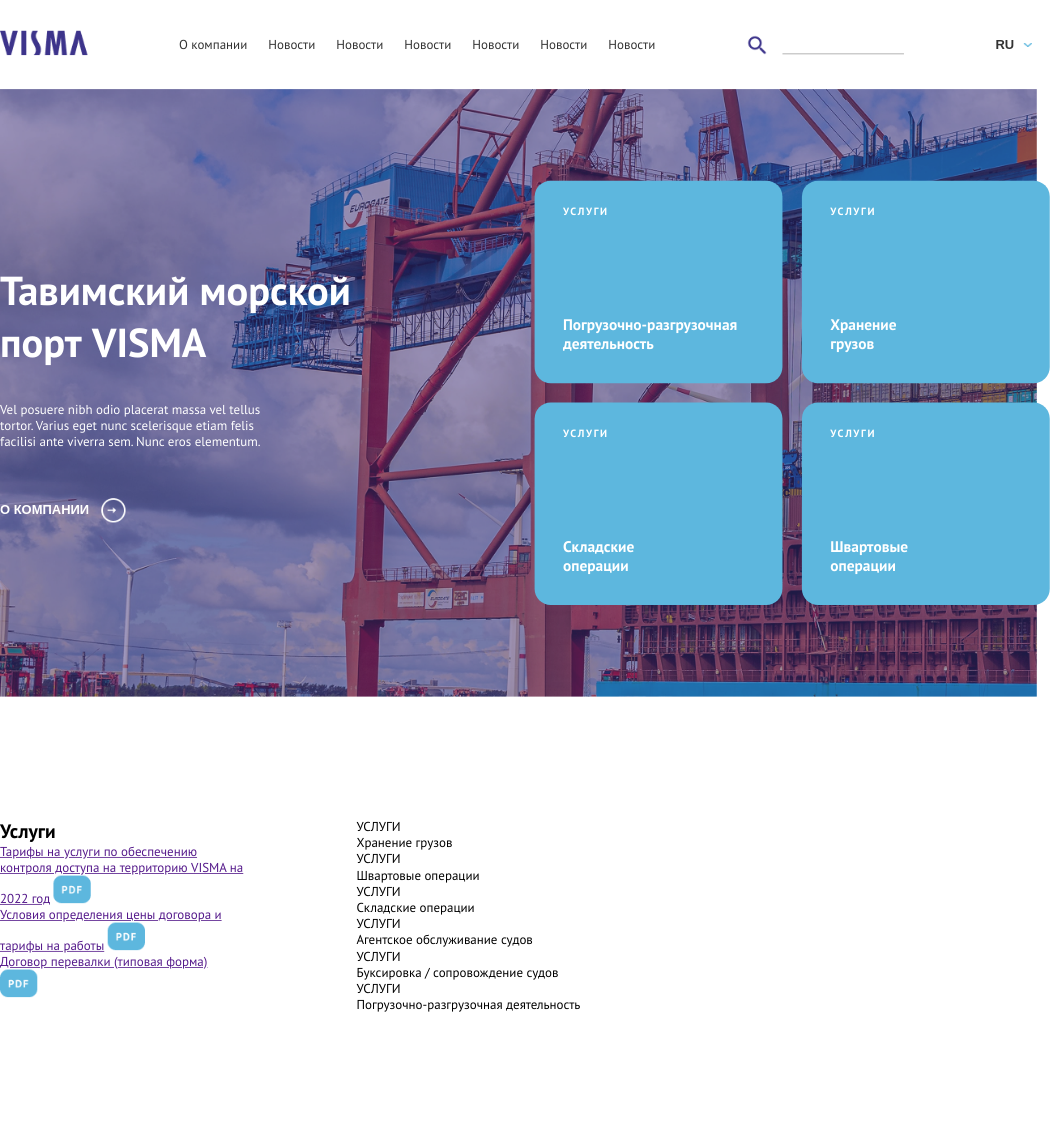
Repository: Shaiyr1/Visma
Page: index.html
These files come from the project's save history. The page is drawn as it stood at one moment and after the next save; the edit follows.
The browser window is 1280 px wide. The page is 1296 px wide, so the pictures cover 1296 px, including what lies to the right of the window. The pictures show the whole page, at 81% of full size.
The style sheet was rebuilt from its Sass, Less or Tailwind sources for each picture, by a compiler version that may differ from the author's.

Above is the page before, as saved 2026-09-16 14:32:43.

### index.html
<!DOCTYPE html>
<html lang="en">
<head>
    <meta charset="UTF-8">
    <meta http-equiv="X-UA-Compatible" content="IE=edge">
    <meta name="viewport" content="width=device-width, initial-scale=1.0">
    <link rel="stylesheet" href="./src/css/style.css">
    <title>Document</title>
</head>
<body>
    <header class="header">
        <nav class="header-nav">
            <a class="header-nav__link" href="#">
                <img class="header-nav__logo" src="./src/img/Vector (1).png" alt="logo">
            </a>
            <ul class="header-nav__ul">
                <li class="header-nav__li">
                    <a class="header-nav__li-link" href="#">О компании</a>
                </li>
                <li class="header-nav__li">
                    <a class="header-nav__li-link" href="#">Новости</a>
                </li>
                <li class="header-nav__li">
                    <a class="header-nav__li-link" href="#">Новости</a>
                </li>
                <li class="header-nav__li">
                    <a class="header-nav__li-link" href="#">Новости</a>
                </li>
                <li class="header-nav__li">
                    <a class="header-nav__li-link" href="#">Новости</a>
                </li>
                <li class="header-nav__li">
                    <a class="header-nav__li-link" href="#">Новости</a>
                </li>
                <li class="header-nav__li">
                    <a class="header-nav__li-link" href="#">Новости</a>
                </li>
            </ul>
            <label class="header-nav__label" for="">
                <img class="header-nav__icon" src="./src/img/ic_round-search.png" alt="icon">
                <input class="header-nav__input" type="search">
            </label>
            <select class="header-nav__select" name="" id="">
                <option class="header-nav__option" value="">RU</option>
                <option class="header-nav__option" value="">ENG</option>
            </select>
        </nav>
    </header>
    <main>
        <section class="home">
            <div class="container home__blocks">
                <div class="home-block">
                    <h1 class="home-block__title">Тавимский морской порт VISMA</h1>
                    <p class="home-block__subtitle">
                        Vel posuere nibh odio placerat massa vel tellus tortor. Varius eget nunc scelerisque etiam felis facilisi ante viverra sem. Nunc eros elementum.
                    </p>
                    <button class="home-block__btn">
                        О КОМПАНИИ
                        <img class="home-block__btn-icon" src="./src/img/Group 7.png" alt="">
                    </button>
                </div>
                <div class="home-services">
                    <div class="home-services__item">
                        <span class="home-services__item-span">УСЛУГИ</span>
                        <p class="home-services__item-text">
                            Погрузочно-разгрузочная <br> деятельность
                        </p>
                    </div>
                    <div class="home-services__item">
                        <span class="home-services__item-span">УСЛУГИ</span>
                        <p class="home-services__item-text">
                            Хранение <br> грузов
                        </p>
                    </div>
                    <div class="home-services__item">
                        <span class="home-services__item-span">УСЛУГИ</span>
                        <p class="home-services__item-text">
                            Складские <br> операции
                        </p>
                    </div>
                    <div class="home-services__item">
                        <span class="home-services__item-span">УСЛУГИ</span>
                        <p class="home-services__item-text">
                            Швартовые <br> операции
                        </p>
                    </div>
                </div>
            </div>
        </section>
        <section class="services">
            <div class="container services_frames">
                <div class="services-block">
                    <h2 class="services-block__title">Услуги</h2>
                    <ul class="services-block__ul">
                        <li class="services-block__li">
                            <a class="services-block__li-link" href="">Тарифы на услуги по обеспечению контроля доступа на территорию VISMA на 2022 год</a>
                            <img src="./src/img/Frame 50.png" alt="images">
                        </li>
                        <li class="services-block__li">
                            <a class="services-block__li-link" href="">Условия определения цены договора и тарифы на работы</a>
                            <img src="./src/img/Frame 50.png" alt="images">
                        </li>
                        <li class="services-block__li">
                            <a class="services-block__li-link" href="">Договор перевалки (типовая форма)</a>
                            <img src="./src/img/Frame 50.png" alt="images">
                        </li>
                    </ul>
                </div>
                <div class="services-items">
                    <div class="services-items__item">
                        <span>УСЛУГИ</span>
                        <p>Хранение грузов</p>
                    </div>
                    <div class="services-items__item">
                        <span>УСЛУГИ</span>
                        <p>Швартовые операции</p>
                    </div>
                    <div class="services-items__item">
                        <span>УСЛУГИ</span>
                        <p>Складские операции</p>
                    </div>
                    <div class="services-items__item">
                        <span>УСЛУГИ</span>
                        <p>Агентское обслуживание судов</p>
                    </div>
                    <div class="services-items__item">
                        <span>УСЛУГИ</span>
                        <p>Буксировка / сопровождение судов</p>
                    </div>
                    <div class="services-items__item">
                        <span>УСЛУГИ</span>
                        <p>Погрузочно-разгрузочная деятельность</p>
                    </div>
                </div>
            </div>
        </section>
    </main>
</body>

</html>

### src/scss/style.scss
* {
    margin: 0;
    padding: 0;
    box-sizing: border-box;
}

@import url('https://fonts.googleapis.com/css2?family=PT+Sans:ital,wght@0,400;0,700;1,400;1,700&display=swap');

body {
    font-family: "PT Sans", sans-serif;
}
.container {
    width: 1296px;
    margin: 0 auto;
}

@import "header";
@import "home";
@import "services";

### src/scss/header.scss
.header {

    &-nav {
        width: 1296px;
        height: 110px;
        margin: 0 auto;
        display: flex;
        align-items: center;
        gap: 113px;

        &__link {}

        &__logo {}

        &__ul {
            display: flex;
            align-items: center;
            justify-content: center;
            gap: 26px;
            list-style-type: none;
        }
        &__li {
            &-link {
                text-decoration: none;
                color: #333333;
                font-size: 16px;
            }
        }
        &__label {
            display: flex;
            align-items: flex-end;
            justify-content: center;
            gap: 20px;
        }
        &__input {
            width: 150px;
            border: none;
            outline: none;
            border-bottom: 1px solid rgb(161, 161, 161);
        }
        &__select {
            background: none;
            border: none;
            color: #333333;
            font-size: 16px;
            font-weight: bold;
            outline: none;
            appearance: none;
            padding-right: 30px;
            background-image: url("../img/material-symbols_keyboard-arrow-down-rounded.png");
            background-position: right 20px center;
            background-repeat: no-repeat;
        }
    }
}

### src/scss/home.scss
.home {
    width: 100%;
    height: 750px;
    background-image: url("../img/Rectangle\ 23\ \(6\).png");
    background-repeat: no-repeat;
    background-size: cover;
    padding: 113px 0;

    &__blocks {
        display: flex;
        align-items: center;
        gap: 134px;
    }

    &-block {
        width: 526px;

        &__title {
            width: 526px;
            color: #ffffff;
            text-align: left;
            font-weight: 700;
            font-size: 50px;
        }

        &__subtitle {
            width: 322px;
            margin: 40px 0 60px;
            color: #ffffff;
            text-align: left;
            font-size: 16px;
        }

        &__btn {
            width: 159px;
            height: 30px;
            display: flex;
            justify-content: flex-start;
            align-items: center;
            gap: 15px;
            border: none;
            outline: none;
            cursor: pointer;
            color: #ffffff;
            text-align: left;
            font-size: 16px;
            font-weight: 700;
            background: none;


            &-icon {}
        }
    }

    &-services {
        display: flex;
        flex-wrap: wrap;
        gap: 24px;

        &__item {
            background-color: #5db7de;
            width: 306px;
            height: 250px;
            border-radius: 20px;
            padding: 30px 35px;
            display: flex;
            flex-direction: column;
            align-items: flex-start;
            gap: 118px;

            &-span {
                color: #ffffff;
                text-align: left;
                font-size: 13px;
                font-weight: 700;
                letter-spacing: 2px;

            }

            &-text {
                color: #ffffff;
                text-align: left;
                font-size: 19px;
                font-weight: 700;
            }
        }
    }
}

### src/scss/services.scss
.services {
    margin: 150px 0;
}
.services_frames {
    display: flex;
    align-items: flex-start;
    gap: 134px;
}
.services-block {
    width: 306px;
}
.services-block__title {
}
.services-block__ul {
}
.services-block__li {
}
.services-block__li-link {
}
.services-items {
}
.services-items__item {
}

After the next save:
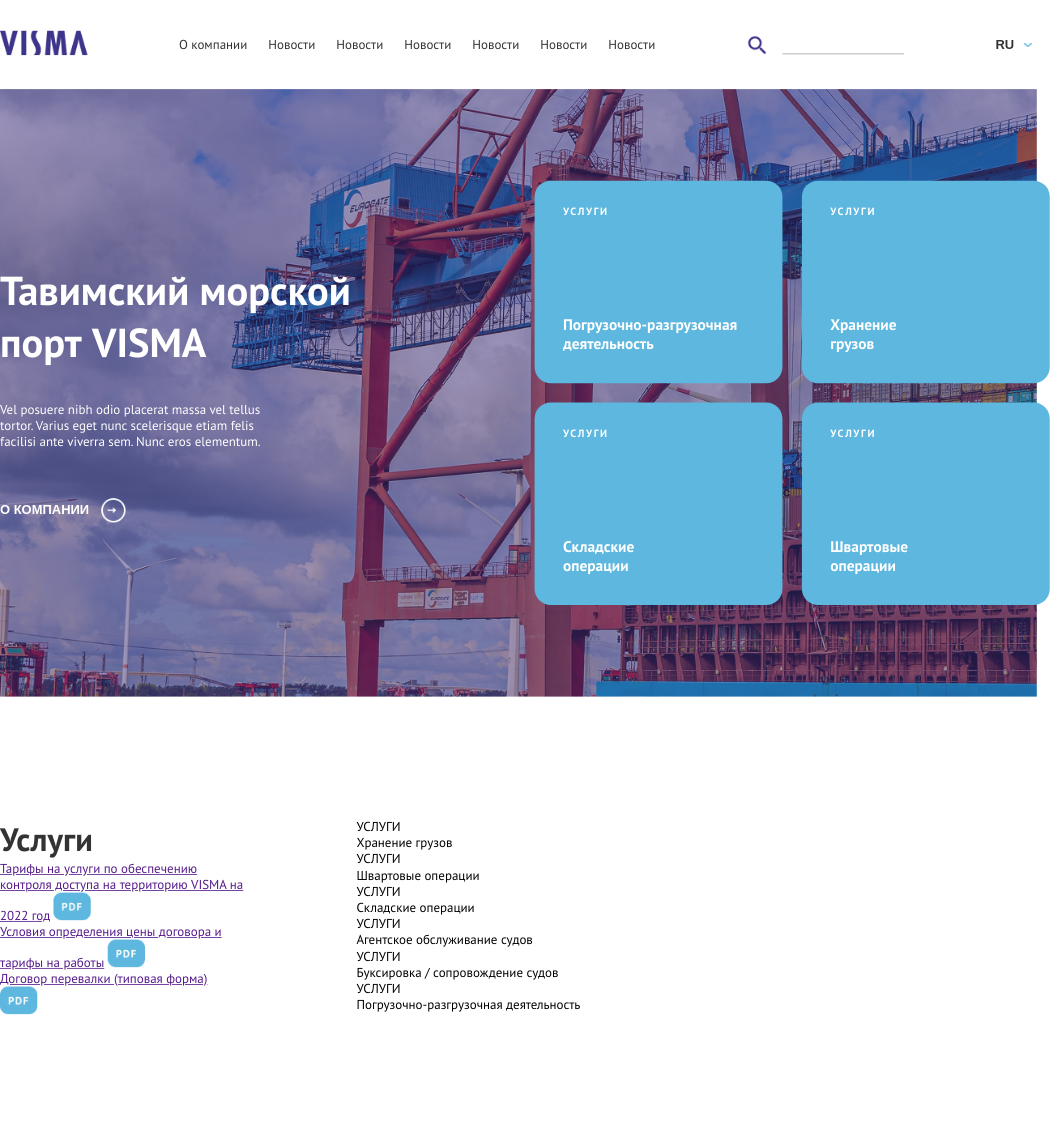
Saved 34 s later.
--- a/src/scss/services.scss
+++ b/src/scss/services.scss
@@ -10,6 +10,12 @@
     width: 306px;
 }
 .services-block__title {
+    color:#333333;
+text-align:left;
+vertical-align:text-top;
+font-size:40px;
+font-family:PT Sans;
+font-weight:700;
 }
 .services-block__ul {
 }
